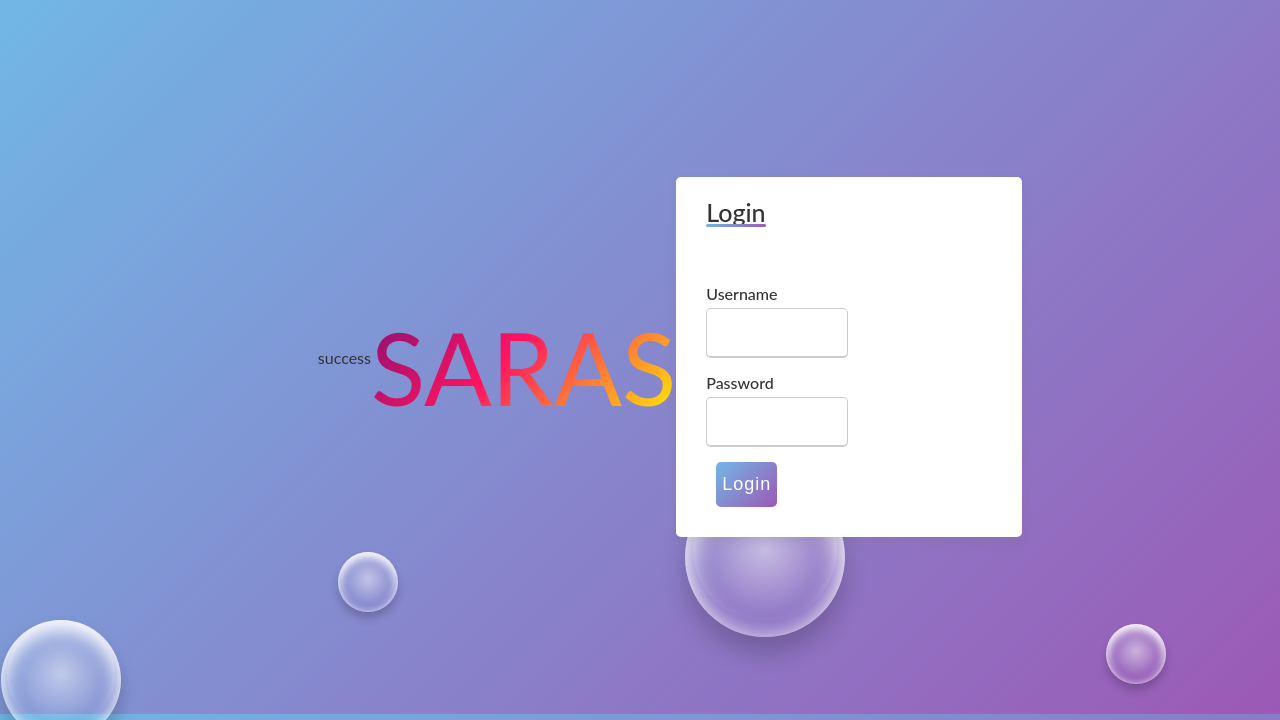
Repository: Muskan-Varma/InnoHeart
Page: http://localhost/pages/login.php
These files come from the project's save history. The page is drawn as it stood at one moment and after the next save; the edit follows.
The browser window is 1280 px wide. The pictures show the whole page.
The page is run by PHP 8.4 with error messages shown; the project is at /var/www/html/.

Above is the page before, as saved 2024-09-21 16:05:34.

After the next save:
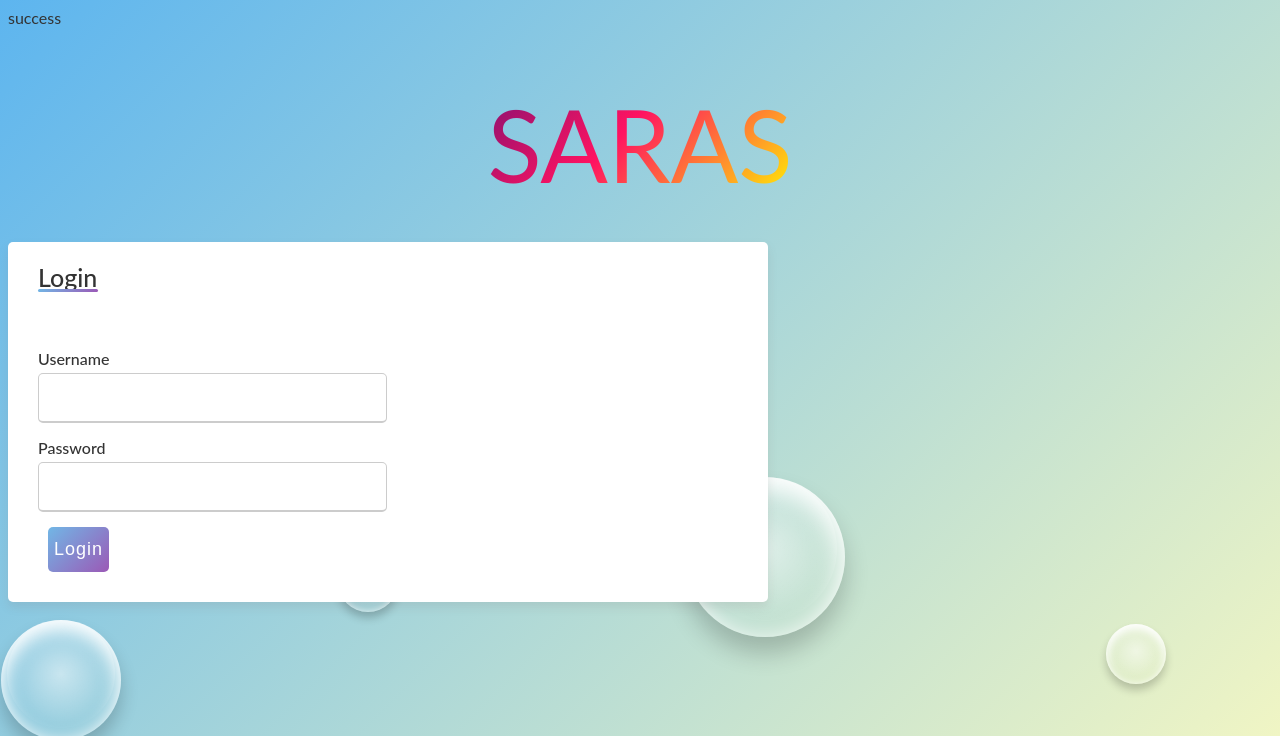
Saved 5 s later.
--- a/css/LR.css
+++ b/css/LR.css
@@ -244,14 +244,6 @@ body {
 
 /*Login Form*/
 
-body{
-  height: 97vh;
-  display: flex;
-  justify-content: center;
-  align-items: center;
-  padding: 10px;
-  background: linear-gradient(135deg, #71b7e6, #9b59b6);
-}
 .container{
   max-width: 700px;
   width: 100%;

After the save that followed:
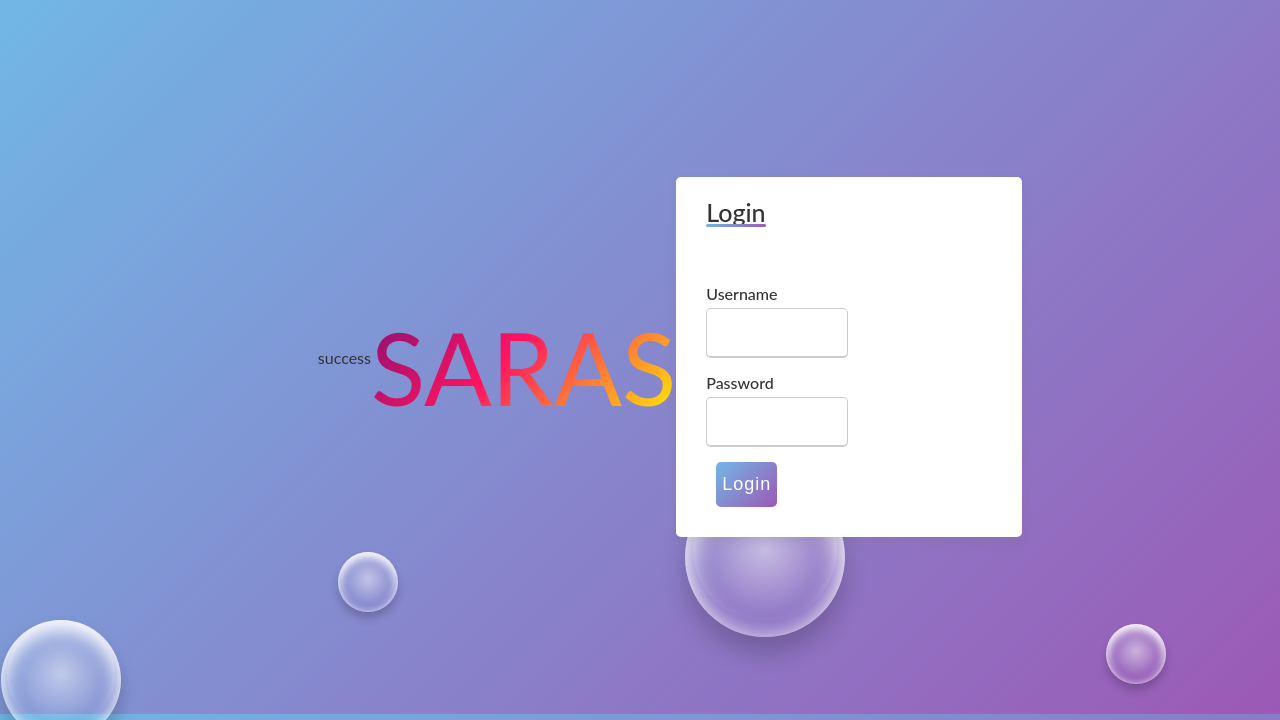
Saved 46 s later.
--- a/css/LR.css
+++ b/css/LR.css
@@ -5,6 +5,14 @@ body {
     font: 100% Lato, Arial, Sans Serif;
     box-sizing: border-box;
 }
+body{
+    height: 97vh;
+    display: flex;
+    justify-content: center;
+    align-items: center;
+    padding: 10px;
+    background: linear-gradient(135deg, #71b7e6, #9b59b6);
+  }
 .animate-charcter
 {
     background-image: linear-gradient(-225deg,#231557 0%,#44107a 29%,#ff1361 67%,#fff800 100%);
